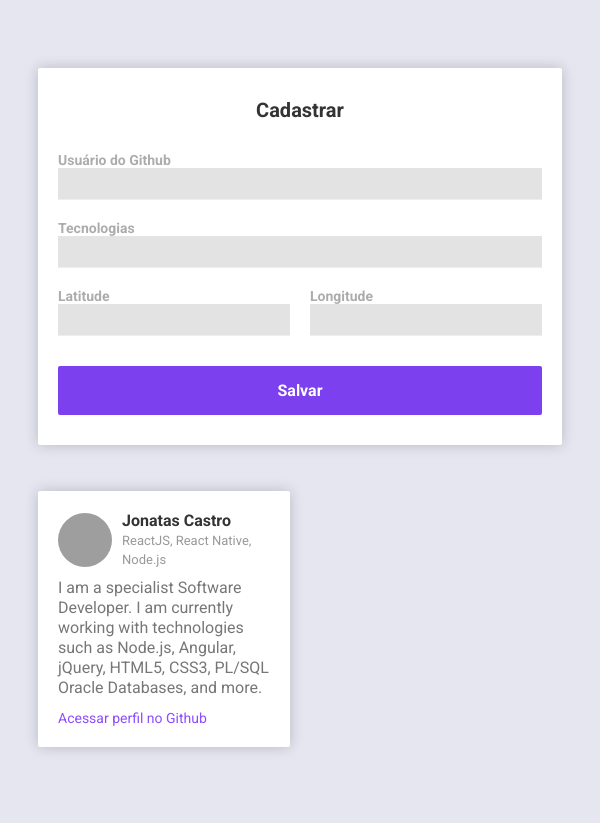
Repository: Jonatas-Castro/react_frontend
Page: /
An editor plug-in stored every save of this project. The page is shown before and after the next save, followed by the edit.
The browser window is 600 px wide. The pictures show the whole page.
Pictures or frames that could not be fetched are drawn as grey boxes. The project was rebuilt for these pictures with package versions that can differ from the ones it lists, and the page was loaded fresh each time.

Above is the page before, as saved 2020-01-16 16:06:39.

### src/App.js
import React from 'react';
import './global.css';
import './App.css';
import './Sidebar.css';
import './Main.css';

// Componente: Bloco isolado de HTML, CSS OU JS, o quel não interfere no restante da aplicação.
// Propriedade: Informações que um componente PAI passa para um componente FILHO
// estado: Informações mantidas pelo componente (Lembrar : Imutabilidade)


function App() {

  return (
    <div id="app">
      <aside>
        <strong>Cadastrar</strong>
        <form action="">

          <div class="input-block">
            <label htmlFor="github_username">Usuário do Github</label>
            <input type="text" name="github_username" id="github_username" required />
          </div>

          <div class="input-block">
            <label htmlFor="techs">Tecnologias</label>
            <input type="text" name="techs" id="techs" required />
          </div>

          <div className="input-group">
            <div class="input-block">
              <label htmlFor="latitude">Latitude</label>
              <input type="text" name="latitude" id="latitude" required />
            </div>
            <div class="input-block">
            <label htmlFor="longitude">Longitude</label>
            <input type="text" name="longitude" id="longitude" required />
          </div>
          </div>
          <button type="submit">Salvar</button>
        </form>
      </aside>

      <main>
        <ul>
          <li className="dev-item">
            <header>
              <img src="https://avatars0.githubusercontent.com/u/55396593?s=460&v=4" alt="Jonatas-Castro"/>
              <div className="user-info">
                <strong>Jonatas Castro</strong>
                <span>ReactJS, React Native, Node.js</span>
              </div>
            </header>
            <p>
            I am a specialist Software Developer. I am currently working with technologies such as Node.js, Angular, jQuery, HTML5, CSS3, PL/SQL Oracle Databases, and more.
            </p>
            <a href="https://github.com/Jonatas-Castro">Acessar perfil no Github</a>
          </li>
        </ul>
      </main>
    </div>
   );
}

export default App;

### src/global.css
@import url('https://fonts.googleapis.com/css?family=Roboto:400,700&display=swap');
*{
    border:0;
    padding: 0;
    outline: 0;
    box-sizing: border-box;
}
html,body,#root{
    height: 100%;
}
body{
    background: #e5e6f0;
    -webkit-font-smoothing: antialiased;
}

body, input, button{
    font-family: roboto, sans-serif;
}

### src/App.css
#app{
    max-width: 1200px;
    margin: 0 auto;
    padding:60px 30px;
    display: flex;
    flex-direction: row;
    align-items: flex-start;
}
#app main{
    margin-left: 30px;
}
@media(max-width:1000px){
    #app{
        flex-direction: column;
    }
    #app main{
        margin-left: 0px;
        margin-top: 30px;
    }
    #app aside{
        width: 100%;
    }
}

### src/Sidebar.css
aside{
    width: 320px;
    background: #fff;
    box-shadow:0 0 14px 0 rgba(0, 0, 0, 0.2);
    border-radius: 2px;
    padding: 30px 20px;
}
aside strong{
    font-size: 20px;
    text-align: center;
    display: block;
    color: #333;
}
aside form{
    margin-top: 30px;

}
aside form .input-block +.input-block{
    margin-top: 20px;
}

aside form .input-group{
    margin-top: 20px;
    display: grid;
    gap: 20px;
    grid-template-columns: 1fr 1fr;
}

aside form .input-group .input-block{
    margin-top: 0px;
}

aside form .input-block label{
    color:#acacac;
    font-size: 14px;
    font-weight: bold;
    display: block;
}
aside form .input-block input{
    width: 100px;
    height: 32px;
    font-size: 14px;
    color: #777;
    border: 0;
    border-bottom: 1px solid #eee;
    background: #e3e3e3;
    width: 100%;
}
aside form button[type=submit]{
    width: 100%;
    border:0;
    margin-top: 30px;
    background: #7d40ef;
    border-radius: 2px;
    padding: 15px 20px;
    font-size: 16px;
    font-weight: bold;
    color: #fff;
    cursor: pointer;
    transition: background 0.5s;

}
aside form button[type=submit]:hover{
    background: #6931ca;
}

### src/Main.css
main{
    flex: 1;

}
main ul{
    display: grid;
    grid-template-columns: repeat(2, 1fr);
    gap: 20px;
    list-style: none;
}

li.dev-item{
    background: #fff;
    box-shadow:0 0 14px 0 rgba(0, 0, 0, 0.2);
    border-radius: 2px;
    padding: 20px;
}
li.dev-item header{
    display: flex;
    flex-direction: row;
    align-items: center;

}

li.dev-item header img{
    width: 54px;
    height: 54px;
    border-radius: 50%;
}

li.dev-item header .user-info{

    margin-left: 10px;
}
.user-info strong{
    display: block;
    font-size: 16px;
    color: #333;

}
.user-info span{
    font-size: 13px;
    color: #999;
    margin-top: 2px;
}

li.dev-item p{
    color: #777;
    font-size: 14p;
    line-height: 20px;
    margin: 10px 0;
}

li.dev-item a{
    color: #8e4dff;
    font-size: 14px;
    text-decoration: none;
}

li.dev-item a:hover{
    color: #5a2ca6;
}

Loaded but not shown: public/index.html (common file); src/index.js (common file)

After the next save:
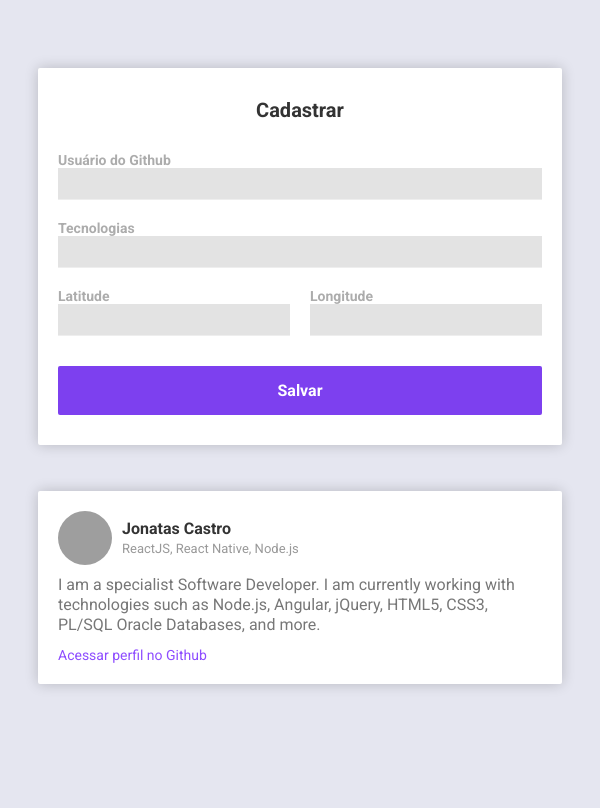
Saved 78 s later.
--- a/src/Main.css
+++ b/src/Main.css
@@ -7,6 +7,12 @@ main ul{
     grid-template-columns: repeat(2, 1fr);
     gap: 20px;
     list-style: none;
+}
+
+@media(max-width:650px){
+    main ul{
+        grid-template-columns: 1fr;
+    }
 }
 
 li.dev-item{
